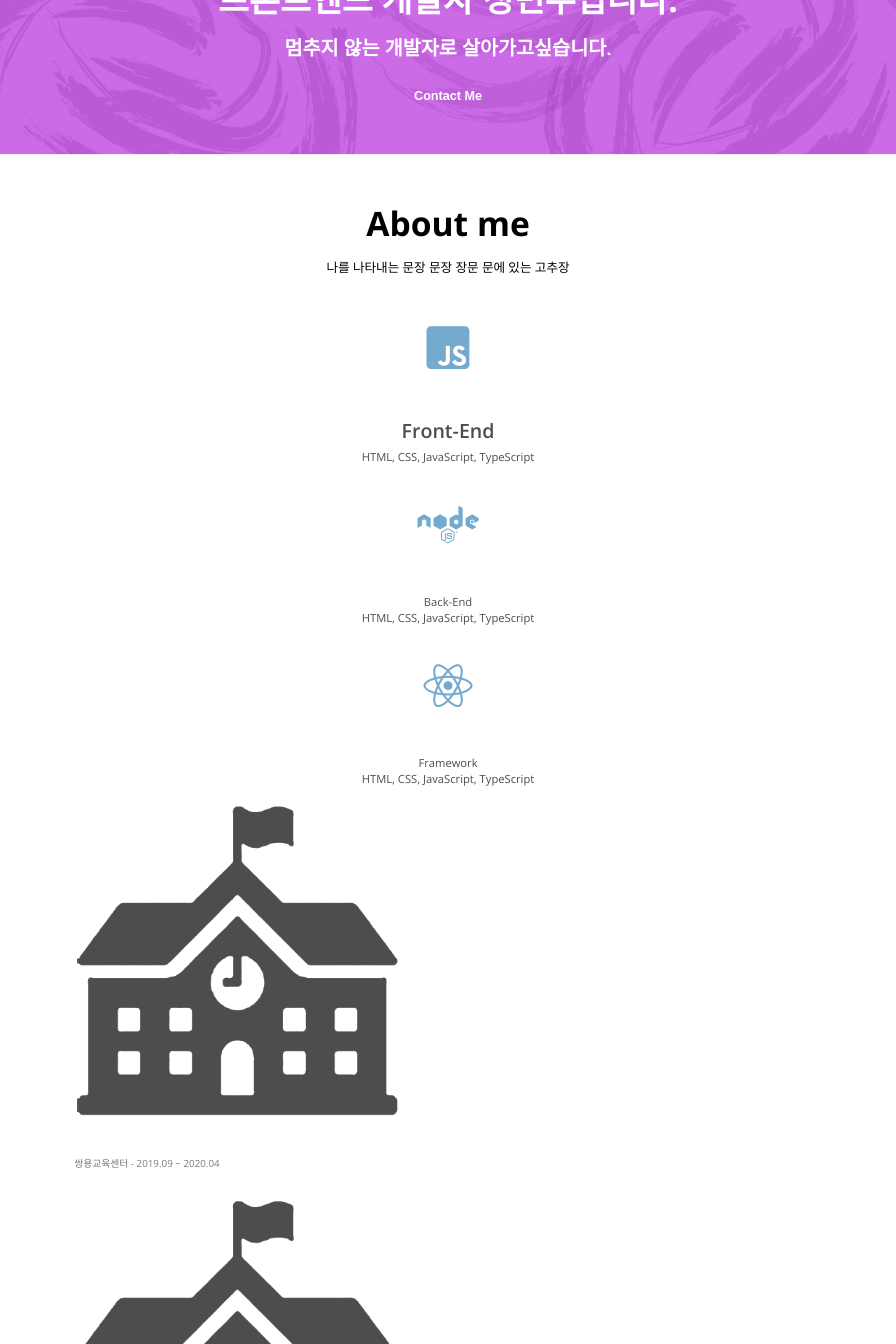
Repository: DevMinwoo-Jung/MinwooPortfolio
Page: index.html
An editor plug-in stored every save of this project. The page is shown before and after the next save, followed by the edit.
The browser window is 1280 px wide. The pictures show the part of the page from y = 1183 to 3103 px (the page is 8108 px tall before and 8008 px after), at 70% of full size.

Above is the page before, as saved 2021-05-31 14:46:19.

After the next save:
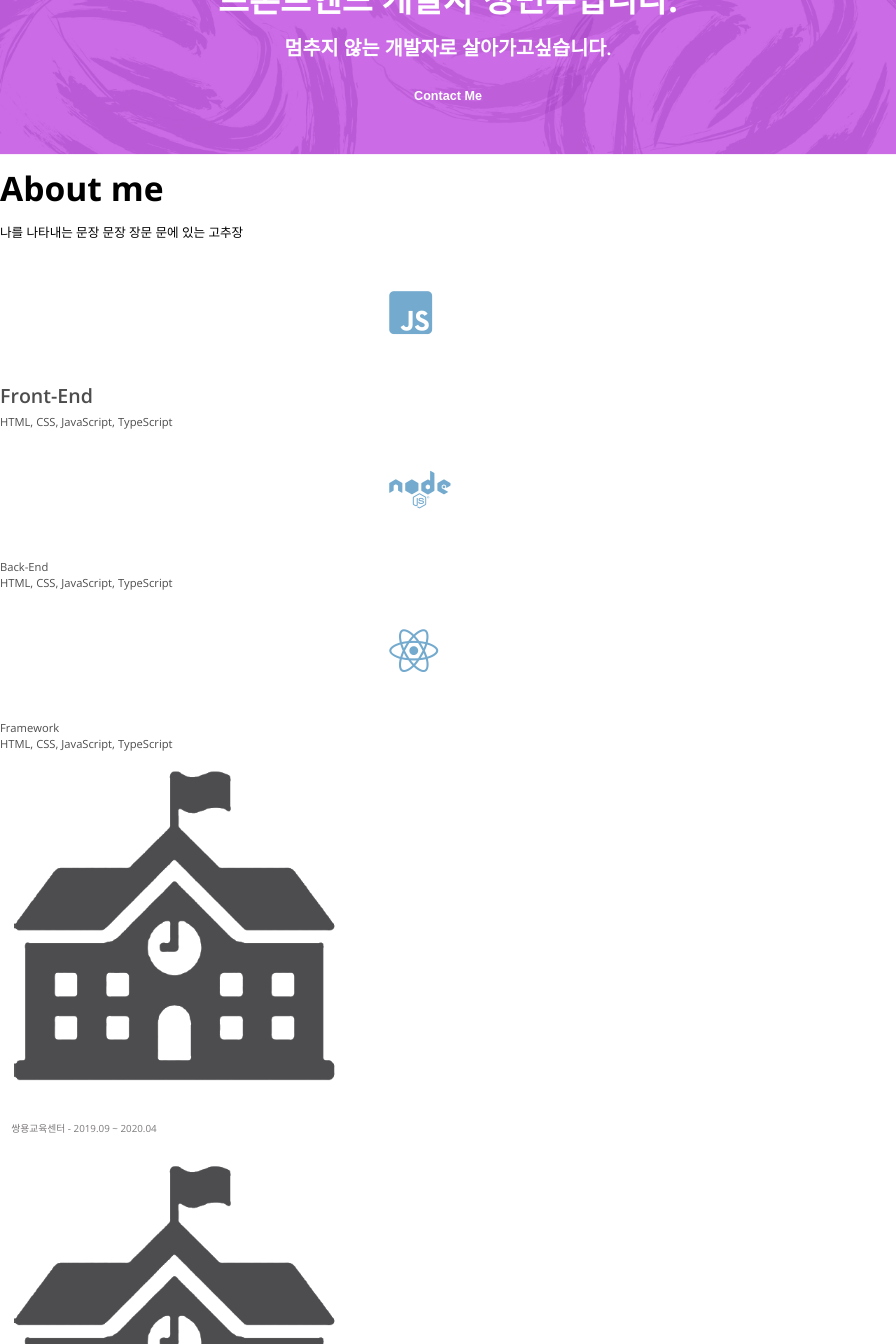
Saved 3 min 39 s later.
--- a/index.html
+++ b/index.html
@@ -42,7 +42,7 @@
     <button class="home__contact">Contact Me</button>
   </section>
   <!-- About -->
-  <section id="about" class="section">
+  <section id="about" class="section__container">
     <h1>About me</h1>
     <p>나를 나타내는 문장 문장 장문 문에 있는 고추장</p>
     <div class="about__majors">
@@ -94,77 +94,79 @@
   </section>
   <!-- Skills -->
   <section id="skills" class="section">
-    <h1>Skills</h1>
-    <h2>Skills & Attributes</h2>
-    <p>
-      나를 잘 포장할 말을 쓰면 된다
-    </p>
-    <div class="skillset">
-      <div class="skillset__left">
-        <h3 class="skillset__title">Skills</h3>
-        <div class="skill">
-          <div class="skill__description">
-            <span>HTML</span>
-            <span>90%</span>
-          </div>
-          <div class="skill__bar">
-            <div class="skill__value"></div>
-          </div>
-        </div>
-        <div class="skill">
-          <div class="skill__description">
-            <span>JavaScript</span>
-            <span>90%</span>
-          </div>
-          <div class="skill__bar">
-            <div class="skill__value"></div>
-          </div>
-        </div>
-        <div class="skill">
-          <div class="skill__description">
-            <span>CSS</span>
-            <span>90%</span>
-          </div>
-          <div class="skill__bar">
-            <div class="skill__value"></div>
-          </div>
-        </div>
-        <div class="skill">
-          <div class="skill__description">
-            <span>TypeScript</span>
-            <span>90%</span>
-          </div>
-          <div class="skill__bar">
-            <div class="skill__value"></div>
-          </div>
-        </div>
-        <div class="skill">
-          <div class="skill__description">
-            <span>NodeJs</span>
-            <span>90%</span>
-          </div>
-          <div class="skill__bar">
-            <div class="skill__value"></div>
-          </div>
-        </div>
-      </div>
-      <div class="skillset__right">
-        <div class="tools">
-          <h3 class="skillset__title">Tools</h3>
-          <ul class="tools__list">
-            <li><span>Visual Studio Code</span></li>
-            <li><span>1</span></li>
-            <li><span>2</span></li>
-            <li><span>3</span></li>
-            <li><span>4</span></li>
-          </ul>
-        </div>
-        <div class="etc">
-          <h3 class="skillset__title">Etc</h3>
-          <ul class="etc__list">
-            <li><span>Git</span></li>
-            <li><span>Etc</span></li>
-          </ul>
+    <div class="section__container">
+      <h1>Skills</h1>
+      <h2>Skills & Attributes</h2>
+      <p>
+        나를 잘 포장할 말을 쓰면 된다
+      </p>
+      <div class="skillset">
+        <div class="skillset__left">
+          <h3 class="skillset__title">Skills</h3>
+          <div class="skill">
+            <div class="skill__description">
+              <span>HTML</span>
+              <span>90%</span>
+            </div>
+            <div class="skill__bar">
+              <div class="skill__value"></div>
+            </div>
+          </div>
+          <div class="skill">
+            <div class="skill__description">
+              <span>JavaScript</span>
+              <span>90%</span>
+            </div>
+            <div class="skill__bar">
+              <div class="skill__value"></div>
+            </div>
+          </div>
+          <div class="skill">
+            <div class="skill__description">
+              <span>CSS</span>
+              <span>90%</span>
+            </div>
+            <div class="skill__bar">
+              <div class="skill__value"></div>
+            </div>
+          </div>
+          <div class="skill">
+            <div class="skill__description">
+              <span>TypeScript</span>
+              <span>90%</span>
+            </div>
+            <div class="skill__bar">
+              <div class="skill__value"></div>
+            </div>
+          </div>
+          <div class="skill">
+            <div class="skill__description">
+              <span>NodeJs</span>
+              <span>90%</span>
+            </div>
+            <div class="skill__bar">
+              <div class="skill__value"></div>
+            </div>
+          </div>
+        </div>
+        <div class="skillset__right">
+          <div class="tools">
+            <h3 class="skillset__title">Tools</h3>
+            <ul class="tools__list">
+              <li><span>Visual Studio Code</span></li>
+              <li><span>1</span></li>
+              <li><span>2</span></li>
+              <li><span>3</span></li>
+              <li><span>4</span></li>
+            </ul>
+          </div>
+          <div class="etc">
+            <h3 class="skillset__title">Etc</h3>
+            <ul class="etc__list">
+              <li><span>Git</span></li>
+              <li><span>Etc</span></li>
+            </ul>
+          </div>
         </div>
       </div>
     </div>
